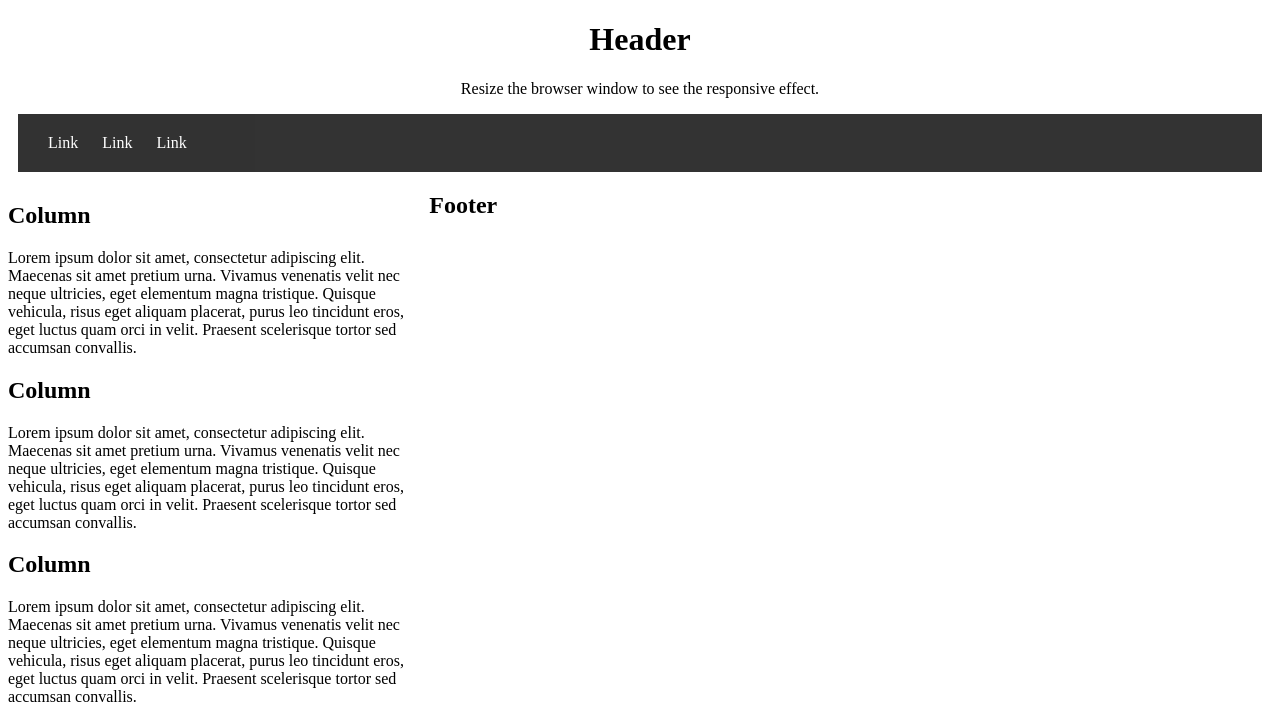
Repository: skybluelion/KB
Page: KB/work05_front/front02_css3/src/main/webapp/css12_website_layout.html
The author's editor kept a copy of each file at every save. The page is drawn from the files as they stood at one save, then again after the next save.
The browser window is 1280 px wide. The pictures show the whole page.

Above is the page before, as saved 2023-04-10 05:06:14.

### KB/work05_front/front02_css3/src/main/webapp/css12_website_layout.html
<!DOCTYPE html>
<html lang="en">
<head>
<title>CSS Website Layout</title>
<style type="text/css">
	*{
		box-sizing: border-box;
	}

	.header{
		text-align: center;
	}

	.topnav{
		background: black;
		opacity: 0.8;
		padding: 20px;
		margin: 10px;
	}
	a{
		color: white;
		text-decoration: none;
		margin: 10px;
	}

	.row{
		float: left;
		width: 33.33%;
		margin: 0px;
	}


</style>
<meta charset="utf-8">
<meta name="viewport" content="width=device-width, initial-scale=1">
</head>
<body>

<div class="header">
  <h1>Header</h1>
  <p>Resize the browser window to see the responsive effect.</p>
</div>

<div class="topnav">
  <a href="#">Link</a>
  <a href="#">Link</a>
  <a href="#">Link</a>
</div>

<div class="row">
  <div class="column">
    <h2>Column</h2>
    <p>Lorem ipsum dolor sit amet, consectetur adipiscing elit. Maecenas sit amet pretium urna. Vivamus venenatis velit nec neque ultricies, eget elementum magna tristique. Quisque vehicula, risus eget aliquam placerat, purus leo tincidunt eros, eget luctus quam orci in velit. Praesent scelerisque tortor sed accumsan convallis.</p>
  </div>

  <div class="column">
    <h2>Column</h2>
    <p>Lorem ipsum dolor sit amet, consectetur adipiscing elit. Maecenas sit amet pretium urna. Vivamus venenatis velit nec neque ultricies, eget elementum magna tristique. Quisque vehicula, risus eget aliquam placerat, purus leo tincidunt eros, eget luctus quam orci in velit. Praesent scelerisque tortor sed accumsan convallis.</p>
  </div>

  <div class="column">
    <h2>Column</h2>
    <p>Lorem ipsum dolor sit amet, consectetur adipiscing elit. Maecenas sit amet pretium urna. Vivamus venenatis velit nec neque ultricies, eget elementum magna tristique. Quisque vehicula, risus eget aliquam placerat, purus leo tincidunt eros, eget luctus quam orci in velit. Praesent scelerisque tortor sed accumsan convallis.</p>
  </div>
 </div>

  <!-- 추가하기 -->
<div class="footer">
  	<p><h2>Footer</h2></p>
</div>



</body>
</html>

After the next save:
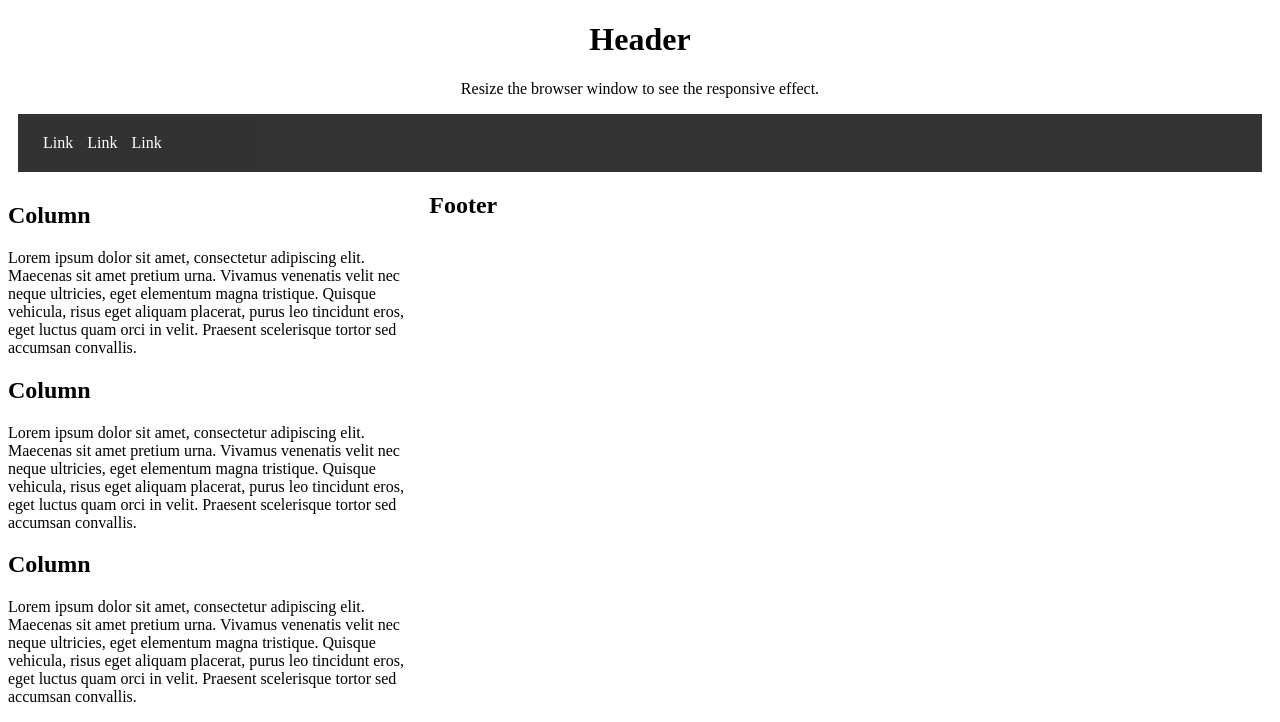
Saved 12 s later.
--- a/KB/work05_front/front02_css3/src/main/webapp/css12_website_layout.html
+++ b/KB/work05_front/front02_css3/src/main/webapp/css12_website_layout.html
@@ -20,7 +20,7 @@
 	a{
 		color: white;
 		text-decoration: none;
-		margin: 10px;
+		margin: 5px;
 	}
 
 	.row{
